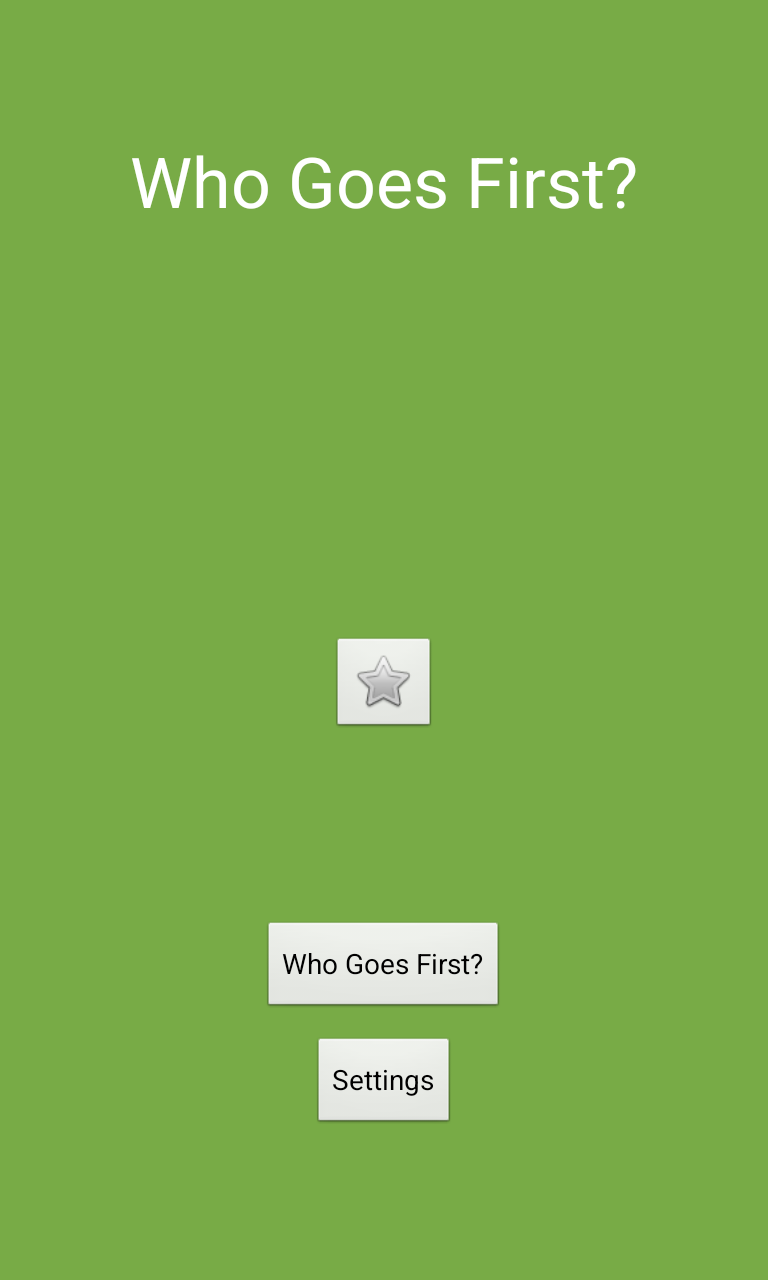
Repository: DarwinLYang/WhoGoesFirstApp
Layout: Who First/WhoFirst/res/layout/fragment_main.xml
The author's editor kept a copy of each file at every save. The layout is drawn from the files as they stood at one save, then again after the next save.
It is drawn on a 768 x 1280 px phone screen (xhdpi) without system bars, with theme android:Theme.NoTitleBar.Fullscreen; the app's code is not run.

Above is the layout before, as saved 2014-04-09 21:16:56.

### Who First/WhoFirst/res/layout/fragment_main.xml
<RelativeLayout xmlns:android="http://schemas.android.com/apk/res/android"
    xmlns:tools="http://schemas.android.com/tools"
    android:id="@+id/TitleScreen"
    android:layout_width="match_parent"
    android:layout_height="match_parent"
    android:background="@color/green"
    android:gravity="center_horizontal" >

    <TextView
        android:id="@+id/setttingsTitle"
        android:layout_width="wrap_content"
        android:layout_height="wrap_content"
        android:layout_alignParentTop="true"
        android:layout_centerHorizontal="true"
        android:layout_marginTop="67dp"
        android:text="Who Goes First?"
        android:textAppearance="?android:attr/textAppearanceLarge"
        android:textSize="35sp" />

    <Button
        android:id="@+id/questionButton"
        android:layout_width="wrap_content"
        android:layout_height="wrap_content"
        android:layout_alignParentBottom="true"
        android:layout_centerHorizontal="true"
        android:layout_marginBottom="132dp"
        android:onClick="questionScreen"
        android:text="@string/button_question" />

    <Button
        android:id="@+id/settingsButton"
        android:layout_width="wrap_content"
        android:layout_height="wrap_content"
        android:layout_alignTop="@+id/questionButton"
        android:layout_centerHorizontal="true"
        android:layout_marginTop="58dp"
        android:onClick="settingsScreen"
        android:text="@string/button_setting" />

    <ImageButton
        android:id="@+id/imageButton1"
        android:layout_width="wrap_content"
        android:layout_height="wrap_content"
        android:layout_above="@+id/questionButton"
        android:layout_centerHorizontal="true"
        android:layout_marginBottom="92dp"
        android:src="@android:drawable/btn_star" />

</RelativeLayout>

### Who First/WhoFirst/res/values/strings.xml
<?xml version="1.0" encoding="utf-8"?>
<resources>

    <string name="app_name">Who Goes First</string>
    <string name="button_question">Who Goes First?</string>
    <string name="button_setting">Settings</string>
    <string name="button_next_question">Give me another</string>
    <string name="action_settings">Settings</string>
    <string name="title_activity_main">MainActivity</string>
    <string name="title_activity_question">QuestionActivity</string>
    <string name="title_activity_settings">SettingsActivity</string>
    <string name="text_question_title">Question</string>
    <string name="text_default_question">Default Question</string>

    <color name="green">#78AB46</color>
    <color name="blue">#43BFC7</color>
    <color name="red">#E77471</color>

</resources>

After the next save:
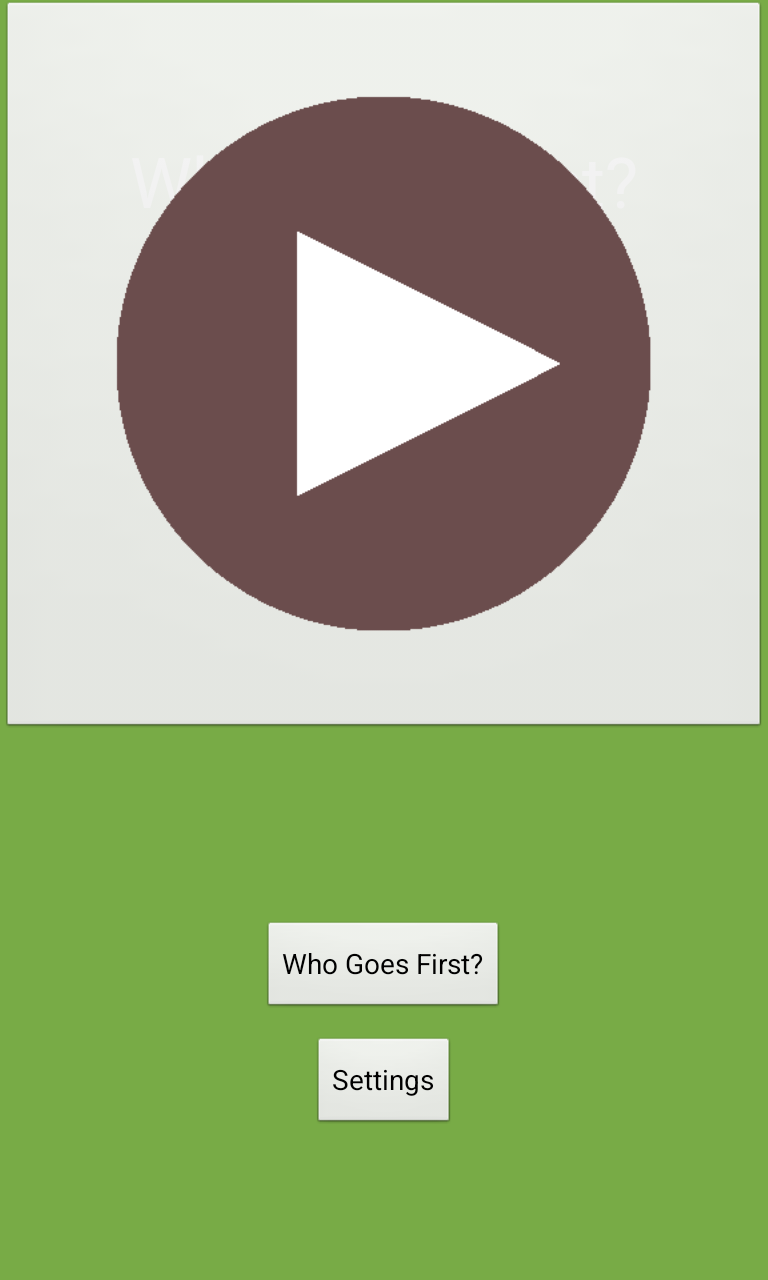
Saved 2 min 45 s later.
--- a/Who First/WhoFirst/res/layout/fragment_main.xml
+++ b/Who First/WhoFirst/res/layout/fragment_main.xml
@@ -44,6 +44,6 @@
         android:layout_above="@+id/questionButton"
         android:layout_centerHorizontal="true"
         android:layout_marginBottom="92dp"
-        android:src="@android:drawable/btn_star" />
+        android:src="@drawable/start_button" />
 
 </RelativeLayout>
